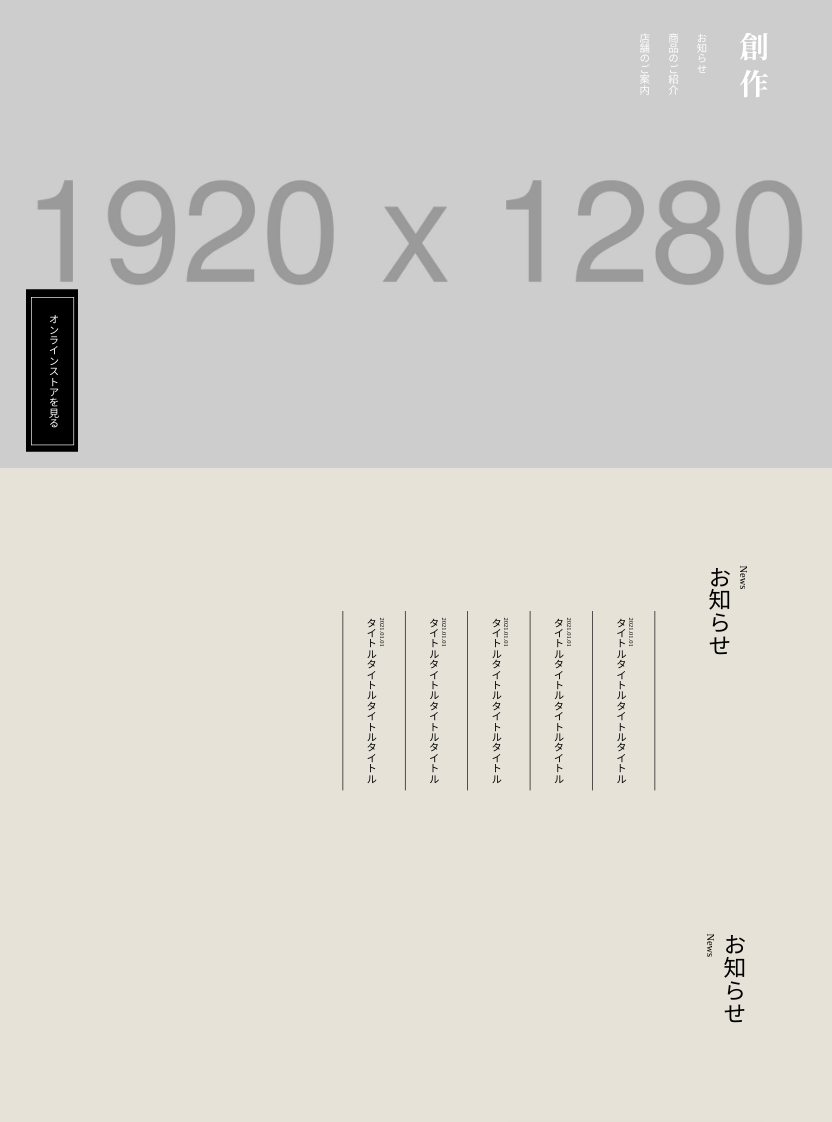
Repository: n19880405nick/challenge
Page: Codestep/Sousaku/sousaku.html
The author's editor kept a record of every edit. The page is drawn from the files as they stood at one moment, then again after the next edit.
The browser window is 1280 px wide. The pictures show the whole page, at 65% of full size.

Above is the page before.

### Codestep/Sousaku/sousaku.html
<!DOCTYPE html>
<html lang="ja">
  <head>
    <meta charset="UTF-8">
    <meta name="viewport" content="width=device-width, initial-scale=1.0">
    <title>創作</title>
    <link rel="stylesheet" href="sousaku.css">
    <link rel="shortcut icon" href="img/favicon.ico">
    <link rel="preconnect" href="https://fonts.googleapis.com">
    <link rel="preconnect" href="https://fonts.gstatic.com" crossorigin>
    <link href="https://fonts.googleapis.com/css2?family=Noto+Serif+JP&display=swap" rel="stylesheet">
  </head>

  <body>
    <header>
      <nav>
        <ul>
          <li><a href="#logo"><img class="logo" src="img/logo.svg"></a></li>
          <li><a href="#news">お知らせ</a></li>
          <li><a href="#item">商品のご紹介</a></li>
          <li><a href="#shop">店舗のご案内</a></li>
        </ul>
      </nav>
      <div id="store">
        <a href="" target="_blank" rel="noopener noreferrer"><span class="store">オンラインストアを見る</span></a>
      </div>
    </header>

    <main>
      <div id="news">
        <p class="subtitle">News</p>
        <p class="title">お知らせ</p>
        <div class="news-contents">
          <div class="news-content">
            <time datetime="2021-1-1">2021.01.01</time>
            <span class="news-text">タイトルタイトルタイトルタイトル</span>
          </div>
          <div class="news-content">
            <time datetime="2021-1-1">2021.01.01</time>
            <span class="news-text">タイトルタイトルタイトルタイトル</span>
          </div>
          <div class="news-content">
            <time datetime="2021-1-1">2021.01.01</time>
            <span class="news-text">タイトルタイトルタイトルタイトル</span>
          </div>
          <div class="news-content">
            <time datetime="2021-1-1">2021.01.01</time>
            <span class="news-text">タイトルタイトルタイトルタイトル</span>
          </div>
          <div class="news-content">
            <time datetime="2021-1-1">2021.01.01</time>
            <span class="news-text">タイトルタイトルタイトルタイトル</span>
          </div>
        </div>
      </div>

      <div id="item">
        <p class="title">お知らせ</p>
        <p class="subtitle">News</p>
      </div>

    </main>
    <footer></footer>
  </body>
</html>

### Codestep/Sousaku/sousaku.css
*{
  margin: 0;
  padding: 0;
  box-sizing: border-box;
}

body{
  font-family: 'Noto Serif JP', serif;
  background-color: #e6e2d7;
}

header{
  width: 100vw;
  height: 100vh;
  background-image: url("img/mainvisual-pc.jpg");
  background-size: cover;
  background-position: center;
  position: relative;
  writing-mode: vertical-rl;
}

nav{
  padding: 50px;
}

li{
  list-style: none;
  margin: 0 20px;
}

.logo{
  width: 100px;
  height: 100px;
}

a{
  text-decoration: none;
  color: white;
}

#store{
  position: absolute;
  bottom: 25px;
  left: 40px;
  width: 80px;
  height: 250px;
  background-color: black;
}

#store a{
  padding: 25px 20px;
  border: solid 1px white;
  position: absolute;
  bottom: 10px;
  left: 8px;
}

#store a:hover{
  opacity: 0.7;
}

#news, #item, #item2{
  width: 1024px;
  margin: 150px auto;
  writing-mode: vertical-rl;
}

.subtitle{
  margin-left: 5px;
}

.title{
  font-size: 35px;
}

.news-contents{
  margin: 70px;
}

.news-content{
  padding: 10px 30px;
  border-left: solid 1px black;
  display: flex;
  flex-direction: column;
}

.news-content:nth-child(1){
  border-right: solid 1px black;
}

time{
  font-size: 10px;
}

#item-image{
  margin-top: 100px;
  position: relative;
}

.item-image{
  width: 700px;
  height: 450px;
  padding: 10px;
}

.item-text-frame{
  width: 350px;
  height: 150px;
  background-color: yellow;
  opacity: 0.7;
  position: absolute;
  text-align: center;
}

.item-text-frame:nth-child(1){
  bottom: 0;
  right: 0;
}

.item-text{
  writing-mode: horizontal-tb;
  color: white;
  margin-right: 110px;
}

#item2{
  margin-left: 200px;
}

After the next edit:
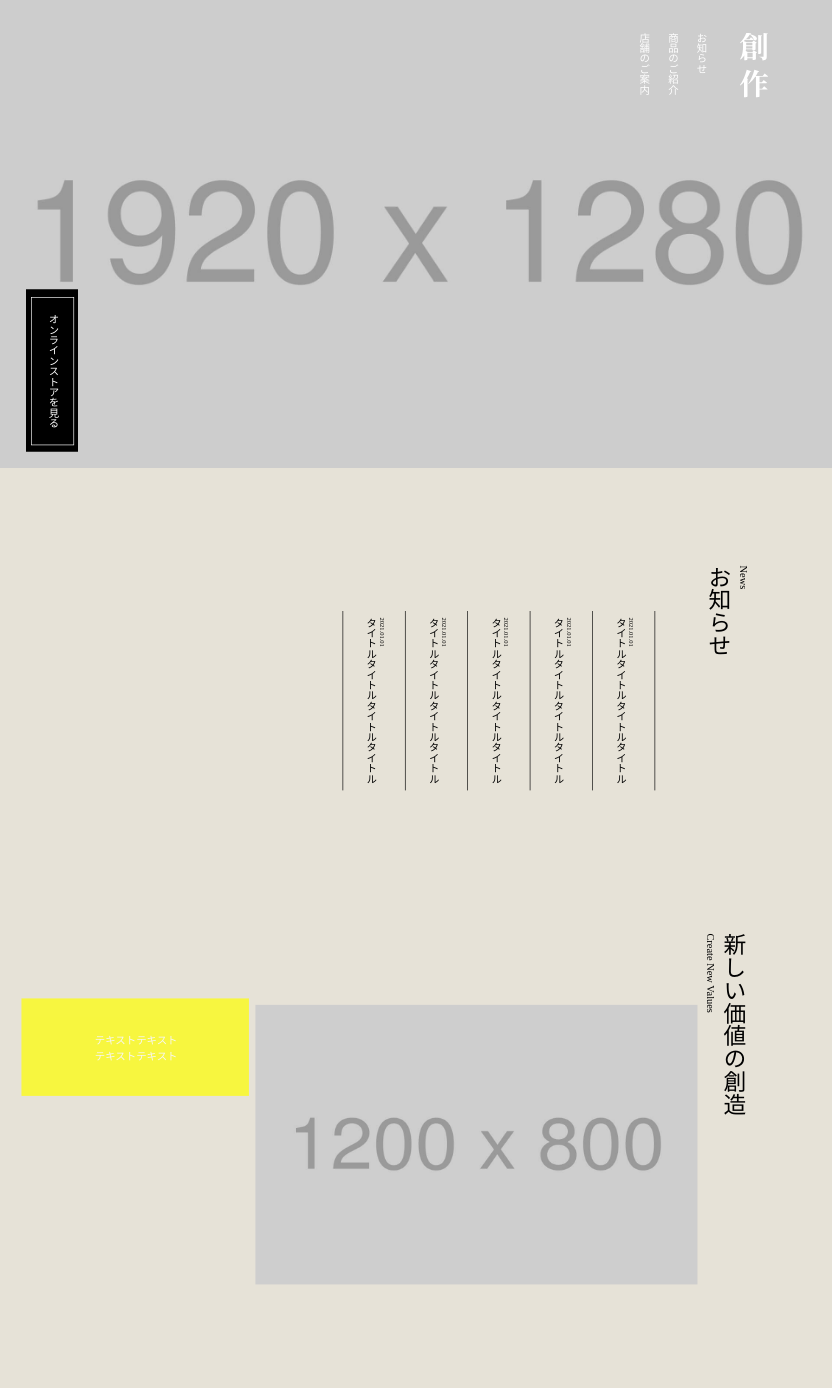
The edit:
--- a/Codestep/Sousaku/sousaku.html
+++ b/Codestep/Sousaku/sousaku.html
@@ -55,8 +55,14 @@
       </div>
 
       <div id="item">
-        <p class="title">お知らせ</p>
-        <p class="subtitle">News</p>
+        <p class="title">新しい価値の創造</p>
+        <span class="subtitle">Create New Values</p>
+        <div id="item-image">
+          <img class="item-image" src="img/products1.jpg">
+          <div class="item-text-frame">
+            <span class="item-text">テキストテキスト<br>テキストテキスト</span>
+          </div>
+        </div>
       </div>
 
     </main>
